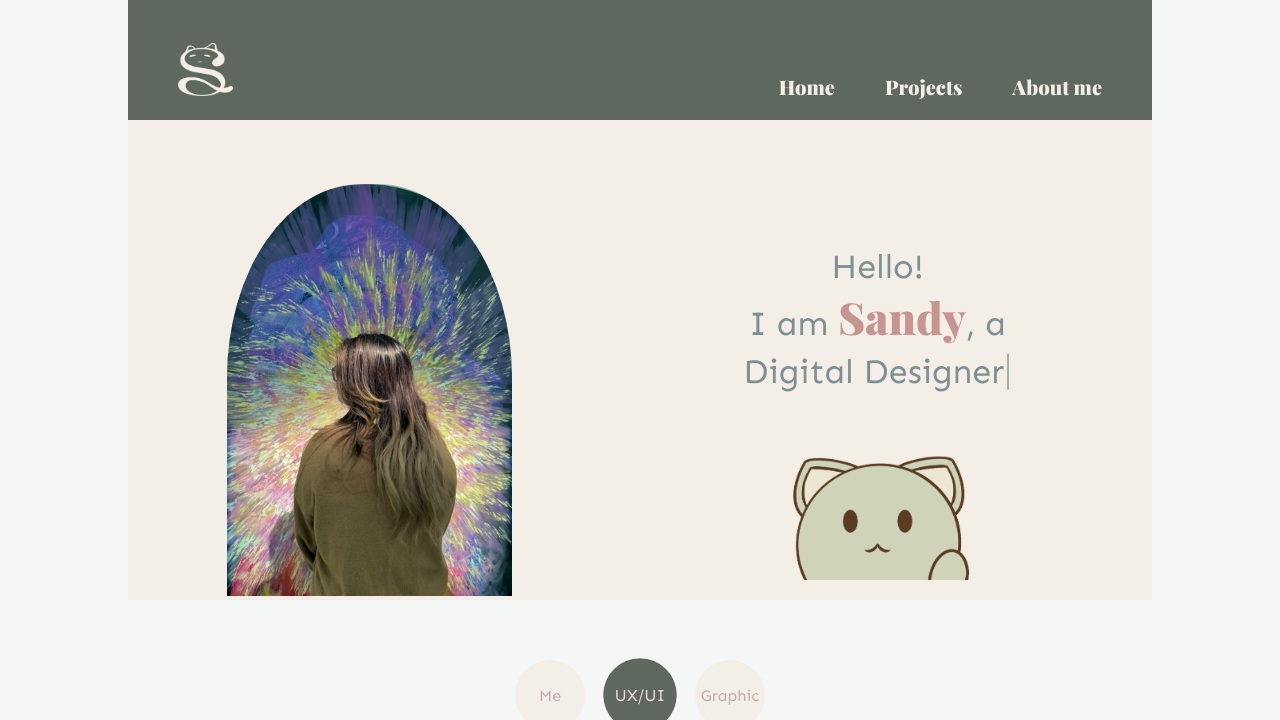
Repository: SandyLy453/portfolio
Page: /
These files come from the project's save history. The page is drawn as it stood at one moment and after the next save; the edit follows.
The browser window is 1280 px wide. The pictures show the whole page.
An inner scrolling area shows only its first screen. The project was rebuilt for these pictures with package versions that can differ from the ones it lists, and the page was loaded fresh each time. The framework's server and built-in components were replaced by stand-ins that run in the browser. Also part of the build but not shown: next.config.mjs, modules/Footer/Footer.module.css, modules/Footer/Footer.js, modules/ProjectCard/ProjectCard.module.css, modules/ProjectCard/Projectcard.js.

Above is the page before, as saved 2025-02-17 18:07:39.

### pages/_app.js
import { useEffect } from "react";
import { useRouter } from "next/router";
import { Playfair_Display, Sen } from 'next/font/google';
import '../styles/globals.css';

const playfairDisplay = Playfair_Display({
  weight: ['400', '900'],
  style: ['normal', 'italic'],
  subsets: ['latin'],
});

const sen = Sen({
  weight: ['400', '700', '800'],
  subsets: ['latin'],
});

export default function App({ Component, pageProps }) {

  const router = useRouter();

  useEffect(() => {
    const handleRouteChangeComplete = (url) => {
        if (url.startsWith("/projects")) {
            window.location.reload();
        } else if (url.startsWith("/project")) {
          window.location.reload();
        }
    };

    router.events.on("routeChangeComplete", handleRouteChangeComplete);

    return () => {
        router.events.off("routeChangeComplete", handleRouteChangeComplete);
    };
}, [router]);


  return (
    <main className={`${playfairDisplay.className} ${sen.className}`}>
      <Component {...pageProps} />
    </main>
  )
}

### pages/_document.js
import { Html, Head, Main, NextScript } from "next/document";


export default function Document() {
  return (
    <Html lang="en">
      <Head>
        <title>San San's Tea Room</title>
        <link rel="icon" href="/favicon.ico" />

        <link rel="preconnect" href="https://fonts.googleapis.com" />
        <link rel="preconnect" href="https://fonts.gstatic.com" crossorigin="anonymous" />
        <link
          href="https://fonts.googleapis.com/css2?family=Playfair+Display:wght@400;900&family=Sen:wght@400;700;800&display=swap"
          rel="stylesheet"
        />
      </Head>
      <body>
        <Main />
        <NextScript />
      </body>
    </Html>
  );
}

### pages/index.js
import Image from "next/image";
import Link from "next/link";
import styles from "@/styles/Home.module.css";
import { useState, useEffect } from "react";
import Header from "@/modules/Header/Header";
import Footer from "@/modules/Footer/Footer";
import ProjectCard from "@/modules/ProjectCard/Projectcard";
import ShowCase from "@/modules/ShowCase/ShowCase";

export default function Home() {

  const projects = [
    {
      photos: ["/aether-cover.png"],
      alt: "Aether cover",
      title: "Aether",
      description: "Case Study - A AI-powered form-filling app",
      date: "September 2024 - December 2024",
      link: "/projects/Aether",
    },
    {
      photos: ["/post1.png", "/post2.png", "/post3.png"],
      alt: "Poster slides show",
      title: "Poster design",
      description:
        "Product design - Series of posters based on the anime/ manga Detective Conan.",
      date: "December 2024",
      link: "/projects/Poster",
    },
    {
      photos: ["/can1.png", "/can2.png", "/can3.png"],
      alt: "Can design slide show",
      title: "DiLo Tea Can",
      description: "Product design - Tea Can",
      date: "November 2024",
      link: "/projects/CanDesign",
    },
    {
      photos: ["/mockup2.png"],
      alt: "Magazine cover",
      title: "Magazine",
      description: "Magazine design - An architectural magazine",
      date: "November 2024",
      link: "/projects/Magazine",
    },
    {
      photos: ["/clotho.png"],
      alt: "Clotho app",
      title: "Clotho",
      description: "Clotho - A closet organize app",
      date: "March 2024 - May 2024",
      link: "/projects/Clotho",
    },
    {
      photos: ["/cam.png"],
      alt: "Camera vector graphic",
      title: "Mechanical Object Vector Graphic",
      description: "Using vector to draw mechanical objects",
      date: "December 2023",
      link: "/projects/MechanicalObject",
    },
  ];

  const [visibleProjects, setVisibleProjects] = useState(6);

  const roles = ["UX/UI Designer", "Digital Designer", "Web Developer"];
  const [text, setText] = useState("");
  const [index, setIndex] = useState(0);
  const [charIndex, setCharIndex] = useState(0);
  const [deleting, setDeleting] = useState(false);

  useEffect(() => {
    const currentRole = roles[index];

    let timeout;

    if (deleting) {
      timeout = setTimeout(() => {
        setText(currentRole.substring(0, charIndex - 1));
        setCharIndex((prev) => prev - 1);
      }, 50);
    } else {
      timeout = setTimeout(() => {
        setText(currentRole.substring(0, charIndex + 1));
        setCharIndex((prev) => prev + 1);
      }, 100);
    }

    if (!deleting && charIndex === currentRole.length) {
      setTimeout(() => setDeleting(true), 1000);
    } else if (deleting && charIndex === 0) {
      setDeleting(false);
      setIndex((prevIndex) => (prevIndex + 1) % roles.length);
    }

    return () => clearTimeout(timeout);
  }, [charIndex, deleting, index, roles]);

  return (
    <>
      <Header/>

      <main className={styles.main}>
        <div className={styles.top}>
          <div className={styles.image}>
            <Image src={'/cover.jpeg'} alt="cover photo" className={styles.coverPhoto} width={300} height={420} />
          </div>

          <div className={styles.info}>
            <p className={styles.role}>Hello!</p>
            <p className={styles.role}>I am <span className={styles.name}>Sandy</span>, a</p>
            <p className={styles.role}>
              {text}
              <span className={styles.cursor}>|</span>
            </p>
            <Image src={'/hi.GIF'} alt="greeting gif" className={styles.gif} width={294} height={129} />
          </div>
        </div>

        <ShowCase/>

        <div className={styles.sectionBreaker}>
          <span> Let's connect! </span>
        </div>

        <div className={styles.connect}>
          <Link
            className={styles.link}
            href={"mailto:sandy.lyth453@gmail.com"}
            target="_blank"
          >
            <p className={styles.connectInfo}>Email</p>
          </Link>
          <Link
            className={styles.link}
            href={"https://www.instagram.com/sansan_lyth?igsh=MThxOTR1ZTlyY3R1dw%3D%3D&utm_source=qr"}
            target="_blank"
          >
            <p className={styles.connectInfo}>Instagram</p>
          </Link>
          <Link
            className={styles.link}
            href={"https://www.linkedin.com/in/boisan-sandy-ly/"}
            target="_blank"
          >
            <p className={styles.connectInfo}>LinkedIn</p>
          </Link>
          <Link
            className={styles.link}
            href={"/Sandy_Ly_Resume.pdf"}
            target="_blank"
          >
            <p className={styles.connectInfo}>Resume</p>
          </Link>
        </div>
      </main>

      <footer className={styles.footer}>
        <p className={styles.copyright}>© Made by Sandy Ly • 2025</p>
      </footer>
    </>
  );
}

### styles/globals.css
:root {
  --mauveMorn: #ecd6d6;
  --mauveShadow: #B59BA6;
  --moss: #5E7975;
  --brightWhite: #f5f7f6;
  --white: #fff;

  --spaBlue: #D3DEDF;
  --forest: #5E685E;
  --midnight: #3D4D55;
  --stormCloud: #676767;
  --cream: #f4EFE6;
  --cloud: #FEFCF6;
}

html,
body {
  padding: 0;
  margin: 0;
  background-color: #f5f7f6;
  width: 100vw;
  height: 100vh;
  overflow-x: hidden;
  scroll-behavior: auto;

  font-family: "Playfair Display", serif;
  font-optical-sizing: auto;
  color: var(--stormCloud);
  cursor: url('/hehe.webp') 16 16, auto;
}

header {
  margin: 0;
  padding: 0;
  box-sizing: border-box;
}

* {
  margin: 0;
  padding: 0;
  box-sizing: border-box; /* Reset styles for all elements */
}

h1, h2, h3, h4, h5, span {
  font-family: "Playfair Display", serif;
}

a, button {
  cursor: url('/haha.webp') 16 16, pointer;
}

### styles/Home.module.css
.page {
  margin: 0;
  padding: 0;
}

.main {
  min-height: 100vh;
  width: 70vw;
  margin: auto;
  margin-top: 0;
  margin-top: 120px;
}

.top {
  width: 100%;
  min-height: 480px;
  background-color: var(--cream);
  align-items: center;
  display: flex;
  flex-direction: row;
  padding: 0;
  flex-wrap: wrap;
  justify-content: center;
}

.coverPhoto {
  border-radius: 47% 47% 0 0;
  margin: 0 6rem;
  position: relative;
  bottom: -30px;
}

.info {
  text-align: center;
  margin-top: 100px;
  width: 30vw;
}

.name {
  font-size: 54px;
  color: #C69491;
  font-weight: 600;
  font-family: "Playfair Display", serif;
}

.role {
  font-size: 44px;
  color: #7D9094;
  font-weight: 500;
}

.loca {
  font-size: 20px;
  color: #7D9094;
  padding-top: 10px;
}

.gif {
  position: relative;
  bottom: -36px;
}

.sectionBreaker {
  display: flex;
  align-items: center;
  justify-content: center;
  margin: 40px 0;
  position: relative;
}

.sectionBreaker::before,
.sectionBreaker::after {
  content: "";
  flex: 1;
  height: 2px;
  background: #d3d3d3;
  margin: 0;
}

.sectionBreaker span {
  color: #7D9094;
  margin: 0 10px;
  font-size: 20px;
  font-style: italic;
}

.pjSection {
  display: flex;
  flex-direction: row;
  flex-wrap: wrap;
  justify-content:space-between;
  align-items: flex-start;
  margin: 0 auto;
  margin-bottom: 50px;
  gap: 1rem;
  max-width: 1350px;
}

.connect {
  margin-bottom: 200px;
}

.link {
  text-decoration: none;
  color: var(--mauveShadow);
  width: 100%;
  font-weight: 500;
}

.link:hover {
  color: var(--forest);
  font-weight: 900;
}

.connectInfo {
  font-size: 54px;
  margin: 20px 0;
  font-family: "Playfair Display", serif;
  position: relative;
  display: inline-block;
  padding: 10px 20px;
  text-decoration: none;
  width: 100%;
  overflow: hidden;
  transition: color 0.3s ease-in-out, font-weight 0.3s ease-in-out;
  font-weight: 500;
}

.connectInfo::before {
  content: "";
  position: absolute;
  top: 0;
  left: -100%;
  width: 100%;
  height: 100%;
  background: linear-gradient(to right, rgba(0, 0, 0, 0.1), rgba(0, 0, 0, 0.3));
  transition: left 0.4s ease-in-out;
  z-index: -1; /* Ensure background does not cover text */
}

/* Make background visible when hovering */
.connectInfo:hover::before,
.connectInfo:active::before {
  left: 0;
}

/* Text color and weight on hover */
.connectInfo:hover {
  color: var(--forest); /* Hover text color */
  font-weight: 900;
}

/* Arrow effect */
.connectInfo::after {
  content: " →";
  opacity: 0;
  position: absolute;
  right: 10px;
  top: 50%;
  transform: translateY(-50%);
  transition: opacity 0.3s ease-in-out, transform 0.3s ease-in-out;
  color: var(--forest);
}

.connectInfo:hover::after,
.connectInfo:active::after {
  opacity: 1;
  transform: translate(8px, -50%);
}


.footer {
  margin-bottom: 20px;
}

.copyright {
  text-align: center;
  font-style: italic;
  color: var(--forest);
  width: 100%;
}





@media screen and (max-width: 1460px) {
  .pjSection {
    gap: 20px;
  }

  .main {
    width: 80vw;
  }

  .coverPhoto {
    margin: 0 1rem;
    bottom: -32px;
  }

  .info {
    margin-top: 50px;
  }

  .coverPhoto {
    width: 60%;
    height: auto;
  }

  .gif {
    bottom: -3.7rem;
  }

  .name {
    font-size: 44px;
  }

  .role {
    font-size: 34px;
  }

  .loca {
    font-size: 18px;
  }

  .pjSection {
    gap: 15px;
    justify-content: center;
  }
}



@media screen and (max-width: 768px) {
  .main {
    width: 100vw;
  }

  .coverPhoto {
    margin: 0 auto;
    bottom: -20px;
    width: 70vw;
    height: auto;
  }

  .info {
    margin-top: 50px;
    width: 90vw;
  }

  .name {
    font-size: 36px;
  }

  .role {
    font-size: 20px;
  }

  .loca {
    font-size: 18px;
  }

  .pjSection {
    gap: 15px;
    justify-content: center;
  }

  .gif {
    position: relative;
    bottom: -4px;
    margin-top: 10px;
  }
}

### modules/Header/Header.js
import Image from "next/image";
import Link from "next/link";
import styles from './Header.module.css';
import { useState, useRef } from "react";

export default function Header() {
    const audioRef = useRef(null);
    const [menuOpen, setMenuOpen] = useState(false);

    const playSound = () => {
        if (audioRef.current) {
            audioRef.current.currentTime = 0;
            audioRef.current.play().catch(error => console.log("Audio playback error:", error));
        }
    };

    return (
        <header className={`${styles.header} ${menuOpen ? styles.headerExpanded : ""}`}>
            {/* Logo */}
            <div className={styles.logoBox}>
                <Link href={'/'}>
                    <Image
                        src={'/logo.png'}
                        alt="logo"
                        className={styles.logo}
                        width={55}
                        height={53}
                        onMouseEnter={playSound}
                    />
                </Link>
            </div>

            <button className={styles.hamburger} onClick={() => setMenuOpen(!menuOpen)}>
                <Image
                    src={menuOpen ? "/menuOpen.png" : "/menuIcon.png"}
                    alt="Menu Toggle"
                    width={30}
                    height={21}
                />
            </button>

            <nav className={`${styles.menu} ${menuOpen ? styles.menuExpanded : ""}`}>
                <p className={styles.menuOption}><Link href={'/'} className={styles.link}>Home</Link></p>
                <p className={styles.menuOption}><Link href={'/project'} className={styles.link}>Projects</Link></p>
                <p className={styles.menuOption}><Link href={'/about'} className={styles.link}>About me</Link></p>
            </nav>

            <audio ref={audioRef} src="/cat.wav" preload="auto"></audio>
        </header>
    );
}

### modules/ShowCase/ShowCase.js
import Image from "next/image";
import { useState, useEffect, useRef } from "react";
import styles from './ShowCase.module.css';
import Link from "next/link";

export default function ShowCase() {
    const tags = ["Me", "UX/UI", "Graphic"];
    const images = {
        "Me": "/me.png",
        "UX/UI": "/uxui.png",
        "Graphic": "/3can.png",
    };
    const bigText = ["Sandy", "App Design", "Graphic Design"];
    const smallText = [
        "",
        "",
        ""
    ];
    const linkPath = ["/about", "/project", "/project"];
    const linkText = ["About Me →", "See More Project →", "See More Project →"];

    const [activeIndex, setActiveIndex] = useState(0);
    const [isFading, setIsFading] = useState(false);
    const [isPaused, setIsPaused] = useState(false);
    const intervalRef = useRef(null);

    const startLoop = () => {
        clearInterval(intervalRef.current);
        intervalRef.current = setInterval(() => {
            setIsFading(true);
            setTimeout(() => {
                setActiveIndex((prevIndex) => (prevIndex + 1) % tags.length);
                setIsFading(false);
            }, 500);
        }, 4000);
    };

    useEffect(() => {
        if (!isPaused) startLoop();
        return () => clearInterval(intervalRef.current);
    }, [isPaused]);

    const handlePause = (index) => {
        clearInterval(intervalRef.current);
        setIsPaused(true);
        setActiveIndex(index);
        setIsFading(false);
    };

    const handleResume = () => {
        setIsPaused(false);
    };

    return (
        <div className={styles.container}>
            <div className={styles.tagBox}>
                {tags.map((tag, index) => (
                    <div
                        key={tag}
                        className={`${styles.tag} ${activeIndex === index ? styles.active : ""}`}
                        onMouseEnter={() => handlePause(index)}
                        onMouseLeave={handleResume}
                        onTouchStart={() => handlePause(index)}
                        onTouchEnd={handleResume}
                    >
                        <p>{tag}</p>
                    </div>
                ))}
            </div>

            <div className={styles.right}>
                <div className={styles.photoBox}>
                    <Image
                        key={tags[activeIndex]}
                        src={images[tags[activeIndex]]}
                        alt={tags[activeIndex]}
                        width={600}
                        height={460}
                        className={`${styles.photo} ${isFading ? styles.fadeOut : styles.fadeIn}`}
                    />

                    <div className={styles.gradient}></div>
                    <div className={styles.text}>
                        <p className={styles.big}>{bigText[activeIndex]}</p>
                        <p className={styles.small}>{smallText[activeIndex]}</p>
                        <Link href={linkPath[activeIndex]} className={styles.littleLink}>
                            {linkText[activeIndex]}
                        </Link>
                    </div>
                </div>

                {/* <div className={styles.loadMoreContainer}>
                    <Link href="/project" passHref>
                        <button className={styles.loadMoreButton}>
                            More Projects
                        </button>
                    </Link>
                </div> */}
            </div>
        </div>
    );
}

### modules/Header/Header.module.css
.header {
    margin: 0 auto;
    width: 70vw;
    height: 120px;
    background-color: var(--forest);
    padding: 20px 50px;
    display: flex;
    flex-direction: row;
    justify-content: space-between;
    align-items: flex-end;
    position: fixed;
    right: 15vw;
    top: 0;
    z-index: 999;
    transition: height 0.3s ease-in-out;
}

.headerExpanded {
    min-height: 250px;
}

.menu {
    display: flex;
    flex-direction: row;
    gap: 50px;
    opacity: 1;
    transition: opacity 0.3s ease-in-out;
}

.menuExpanded {
    display: flex;
    flex-direction: column;
    align-items: flex-end;
    gap: 10px;
    width: 100%;
}


.menuOption {
    font-size: 20px;
    font-weight: 600;
}

.link {
    text-decoration: none;
    color: var(--cream);
    font-family: "Playfair Display", serif;
}

.link:hover {
    color: var(--midnight);
}

.hamburger {
    display: none;
    background: none;
    border: none;
    cursor: pointer;
}


@media screen and (max-width: 1460px) {
    .header {
        width: 80vw;
        right: 10vw;
    }
}

@media screen and (max-width: 768px) {
    .header {
        width: 100vw;
        min-height: 100px;
        right: 0;
        display: flex;
        flex-direction: row;
        align-items: center;
        justify-content: space-between;
        height: auto;
    }

    .hamburger {
        display: block;
        position: absolute;
        right: 20px;
        top: 40px;
        z-index: 10;
    }

    .logo {
        display: block;
        position: absolute;
        left: 20px;
        top: 20px;
        z-index: 10;
    }

    .menu {
        display: none;
        flex-direction: column;
        align-items: center;
        width: 100%;
        opacity: 0;
        transform: scaleY(0);
        transition: transform 0.3s ease-in-out, opacity 0.3s ease-in-out;
    }

    .menuExpanded {
        display: flex;
        opacity: 1;
        transform: scaleY(1);
    }

}

### modules/ShowCase/ShowCase.module.css
.container {
    margin: auto;
    margin-top: 50px;
    display: flex;
    flex-direction: row;
    justify-content: center;
    align-items: center;
    gap: 30px;
}

.tagBox {
    display: flex;
    justify-content: center;
    align-items: center;
    flex-direction: column;
}

.tag, .active {
    width: 100px;
    height: 100px;
    background-color: var(--cream);
    border-radius: 50%;
    display: flex;
    justify-content: center;
    align-items: center;
    margin: 10px;
    cursor: url('/haha.webp') 16 16, pointer;
    transition: background-color 0.3s ease-in-out, transform 0.2s ease-in-out;
}

.tag:hover, .active {
    background-color: var(--forest);
    transform: scale(1.05);
}

.tag p, .active p {
    color: var(--mauveShadow);
    opacity: 80%;
}

.tag:hover p, .active p {
    color: var(--mauveMorn);
    opacity: 100%;
}

.photoBox {
    width: 60vw;
    max-width: 1000px;
    aspect-ratio: 20 / 11;
    position: relative;
    display: flex;
    align-items: center;
    justify-content: center;
    overflow: hidden;
}

.photo {
    width: 100%;
    height: 100%;
    border-radius: 20px;
    object-fit: cover;
    position: absolute;
    transition: opacity 0.5s ease-in-out;
}

.fadeIn {
    opacity: 1;
}

.fadeOut {
    opacity: 0;
}

.loadMoreContainer {
    margin-top: 20px;
    display: flex;
    flex-direction: column;
    justify-content: flex-end;
    align-items: flex-end;
  }

  .loadMoreButton {
    height: 40px;
    width: 150px;
    background-color: var(--cream);
    color: var(--forest);
    border: 1px solid var(--forest);
    font-size: 18px;
    align-items: center;
    border-radius: 10px;
    margin-bottom: 50px;
  }

  .loadMoreButton:hover {
    background-color: var(--forest);
    color: var(--cream);
  }

  .gradient {
    position: absolute;
    top: 0;
    left: 0;
    width: 100%;
    height: 100%;
    background: linear-gradient(360deg, rgba(2,0,36,1) 0%, rgba(255,255,255,0) 55%);
    z-index: 2;
    pointer-events: none;
    border-radius: 20px;
}

.text {
    position: absolute;
    bottom: 0;
    right: 0;
    width: 100%;
    padding: 20px;
    color: white;
    z-index: 3;
    width: 50vw;
    max-width: 1000px;
    text-align: right;
}

.littleLink {
    text-decoration: underline;
    color: white;
    font-style: italic;
    margin: 20px 0;
}

.big {
    font-family: "Playfair Display", serif;
    font-size: 18px;
    margin: 15px 0;
    font-weight: 700;
}

.small {
    font-size: 15px;
    margin: 15px 0;
}

@media screen and (max-width: 1460px) {
    .container {
        flex-direction: column;
    }

    .tagBox {
        flex-direction: row;
    }

    .tag, .active {
        width: 70px;
        height: 70px;
    }

    .photoBox {
        width: 70vw;
    }

    .big {
        font-size: 16px;
    }

    .small,
    .littleLink {
        font-size: 12px;
    }
}

@media screen and (max-width: 768px) {
    .photoBox {
        width: 90vw;
    }

    .big {
        font-size: 12px;
    }

    .small,
    .littleLink {
        font-size: 10px;
    }
}

Loaded but not shown: pages/api/hello.js (common file)

After the next save:
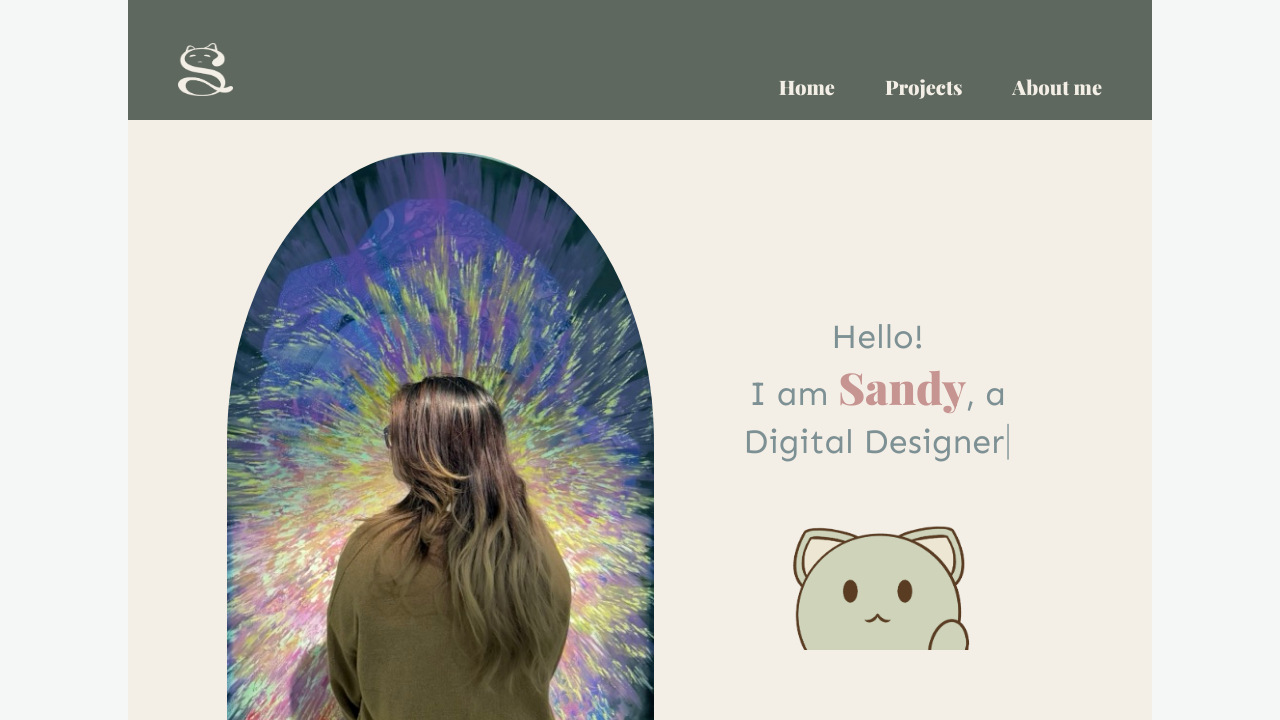
Saved 4 s later.
--- a/styles/Home.module.css
+++ b/styles/Home.module.css
@@ -203,7 +203,7 @@
   }
 
   .coverPhoto {
-    width: 60%;
+    width: 90%;
     height: auto;
   }
 
